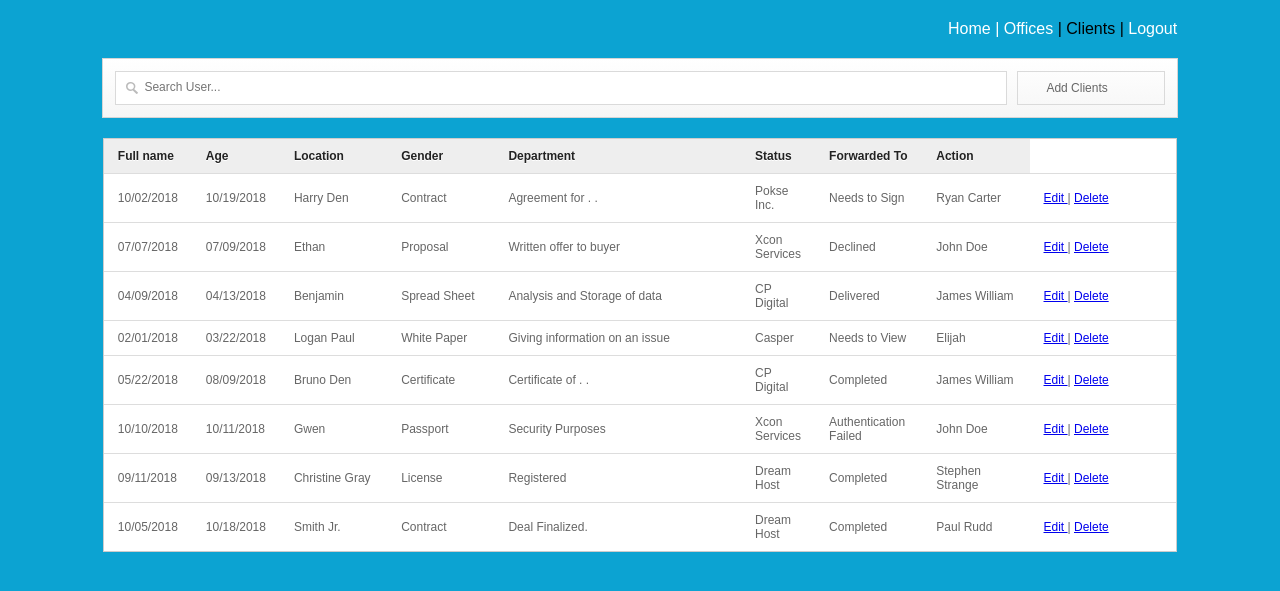
Repository: MrSyntax31/recordmanagement
Page: http://localhost/main/clients.php
An editor plug-in stored every save of this project. The page is shown before and after the next save, followed by the edit.
The browser window is 1280 px wide. The pictures show the whole page.
The page is run by PHP 8.4 with error messages shown; the project is at /var/www/html/. The database holds what the project's SQL file puts in it.

Above is the page before, as saved 2022-03-03 14:40:39.

### main/clients.php
<style>
body {
	background: #0ca3d2;
}
table { border-collapse: separate; background-color: #FFFFFF; border-spacing: 0; width: 85%; color: #666666; text-shadow: 0 1px 0 #FFFFFF; border: 1px solid #CCCCCC; box-shadow: 0; margin: 0 auto;font-family: arial; }
table thead tr th { background: none repeat scroll 0 0 #EEEEEE; color: #222222; padding: 10px 14px; text-align: left; border-top: 0 none; font-size: 12px; }
table tbody tr td{
    background-color: #FFFFFF;
	font-size: 12px;
    text-align: left;
	padding: 10px 14px;
	border-top: 1px solid #DDDDDD;
}
#log {
	width: 85%;
	text-align: right;
	margin: 20px auto;
	font-family: arial;
}
#log a {
	color: #FFFFFF;
	text-decoration: none;
	font-family: arial;
}
#formdesign {
	background: linear-gradient(to bottom, #FFFFFF 0%, #F6F6F6 100%) repeat scroll 0 0 rgba(0, 0, 0, 0);
    border: 1px solid #D5D5D5;
    padding: 12px;
    position: relative;
	margin: 20px auto;
	width: 83%;
	clear: both;
	height: 34px;
}
#filter {
	-moz-box-sizing: border-box;
    background: url("img/big_search.png") no-repeat scroll 10px 10px #FFFFFF;
    box-shadow: none;
    display: block;
    font-size: 12px;
    height: 34px;
    padding: 9px 140px 9px 28px;display: block;
    font-size: 12px;
    height: 34px;
    padding: 9px 140px 9px 28px;
    width: 85%;
	border: 1px solid #DADADA;
    transition: border 0.2s linear 0s, box-shadow 0.2s linear 0s;
	padding-top: 6px;
	float: left;
}
#add {
	float: right;
	width: 8.5%;
	display: block;
    font-size: 12px;
    height: 14px;
    padding: 9px 28px 9px 28px;
	border: 1px solid #DADADA;
}
a#add {
	text-decoration: none;
	color: #666666;
	font-family: arial;
	font-size: 12px;
}

</style>
<script src="argiepolicarpio.js" type="text/javascript" charset="utf-8"></script>
<script src="js/application.js" type="text/javascript" charset="utf-8"></script>
<!--sa poip up-->
<link href="src/facebox.css" media="screen" rel="stylesheet" type="text/css" />
   <script src="lib/jquery.js" type="text/javascript"></script>
  <script src="src/facebox.js" type="text/javascript"></script>
  <script type="text/javascript">
    jQuery(document).ready(function($) {
      $('a[rel*=facebox]').facebox({
        loadingImage : 'src/loading.gif',
        closeImage   : 'src/closelabel.png'
      })
    })
  </script>
<div id="log"> <a href="index.php">Home | <a href="offices.php">Offices</a> | Clients |  <a href="../index.php">Logout</a>
</div>
<div id="formdesign">
<input type="text" name="filter" value="" id="filter" placeholder="Search User..." autocomplete="off" />
<a rel="facebox" href="add.php" id="add">Add Clients</a>
</div>
<table cellspacing="0" cellpadding="2" id="resultTable">
<thead>
	<tr>
		<th width="5%"> Full name</th>
		<th width="7%"> Age</th>
		<th width="10%"> Location </th>
		<th width="10%"> Gender </th>
		<th width="23%"> Department </th>
		<th width="5%">  Status </th>
		<th width="10%"> Forwarded To </th>
		<th width="10%"> Action </th>
	</tr>
</thead>
<tbody>
	<?php
		include('connect.php');
		$result = $db->prepare("SELECT * FROM transaction ORDER BY id DESC");
		$result->execute();
		for($i=0; $row = $result->fetch(); $i++){
	?>
	<tr class="record">
		<td><?php echo $row['date']; ?></td>
		<td><?php echo $row['dateout']; ?></td>
		<td><?php echo $row['receive_by']; ?></td>
		<td><?php echo $row['doc_type']; ?></td>
		<td><?php echo $row['description']; ?></td>
		<td><?php echo $row['office']; ?></td>
		<td><?php echo $row['status']; ?></td>
		<td><?php echo $row['ft']; ?></td>
		<td><a rel="facebox" href="editform.php?id=<?php echo $row['id']; ?>"> Edit </a> | <a href="#" id="<?php echo $row['id']; ?>" class="delbutton" title="Click To Delete">Delete</a></td>
	</tr>
	<?php
		}
	?>
</tbody>
</table>
<script src="js/jquery.js"></script>
  <script type="text/javascript">
$(function() {


$(".delbutton").click(function(){

//Save the link in a variable called element
var element = $(this);

//Find the id of the link that was clicked
var del_id = element.attr("id");

//Built a url to send
var info = 'id=' + del_id;
 if(confirm("Sure you want to delete this update? There is NO undo!"))
		  {

 $.ajax({
   type: "GET",
   url: "delete.php",
   data: info,
   success: function(){

   }
 });
         $(this).parents(".record").animate({ backgroundColor: "#fbc7c7" }, "fast")
		.animate({ opacity: "hide" }, "slow");

 }

return false;

});

});
</script>

### main/connect.php
<?php
/* Database config */
$db_host		= 'localhost';
$db_user		= 'root';
$db_pass		= '';
$db_database	= 'record';

/* End config */

$db = new PDO('mysql:host='.$db_host.';dbname='.$db_database, $db_user, $db_pass);
$db->setAttribute(PDO::ATTR_ERRMODE, PDO::ERRMODE_EXCEPTION);

?>

### main/js/application.js
$(document).ready(function() {
	zebraRows('tr:odd td', 'odd');

	$('tbody tr').hover(function(){
	  $(this).find('td').addClass('hovered');
	}, function(){
	  $(this).find('td').removeClass('hovered');
	});

	//default each row to visible
	$('tbody tr').addClass('visible');

	//overrides CSS display:none property
	//so only users w/ JS will see the
	//filter box
	$('#search').show();

	$('#filter').keyup(function(event) {
		//if esc is pressed or nothing is entered
    if (event.keyCode == 27 || $(this).val() == '') {
			//if esc is pressed we want to clear the value of search box
			$(this).val('');

			//we want each row to be visible because if nothing
			//is entered then all rows are matched.
      $('tbody tr').removeClass('visible').show().addClass('visible');
    }

		//if there is text, lets filter
		else {
      filter('tbody tr', $(this).val());
    }

		//reapply zebra rows
		$('.visible td').removeClass('odd');
		zebraRows('.visible:even td', 'odd');
	});

	//grab all header rows
	$('thead th').each(function(column) {
		$(this).addClass('sortable')
					.click(function(){
						var findSortKey = function($cell) {
							return $cell.find('.sort-key').text().toUpperCase() + ' ' + $cell.text().toUpperCase();
						};

						var sortDirection = $(this).is('.sorted-asc') ? -1 : 1;

						//step back up the tree and get the rows with data
						//for sorting
						var $rows		= $(this).parent()
																.parent()
																.parent()
																.find('tbody tr')
																.get();

						//loop through all the rows and find
						$.each($rows, function(index, row) {
							row.sortKey = findSortKey($(row).children('td').eq(column));
						});

						//compare and sort the rows alphabetically
						$rows.sort(function(a, b) {
							if (a.sortKey < b.sortKey) return -sortDirection;
							if (a.sortKey > b.sortKey) return sortDirection;
							return 0;
						});

						//add the rows in the correct order to the bottom of the table
						$.each($rows, function(index, row) {
							$('tbody').append(row);
							row.sortKey = null;
						});

						//identify the column sort order
						$('th').removeClass('sorted-asc sorted-desc');
						var $sortHead = $('th').filter(':nth-child(' + (column + 1) + ')');
						sortDirection == 1 ? $sortHead.addClass('sorted-asc') : $sortHead.addClass('sorted-desc');

						//identify the column to be sorted by
						$('td').removeClass('sorted')
									.filter(':nth-child(' + (column + 1) + ')')
									.addClass('sorted');

						$('.visible td').removeClass('odd');
						zebraRows('.visible:even td', 'odd');
					});
	});
});


//used to apply alternating row styles
function zebraRows(selector, className)
{
	$(selector).removeClass(className)
							.addClass(className);
}

//filter results based on query
function filter(selector, query) {
	query	=	$.trim(query); //trim white space
  query = query.replace(/ /gi, '|'); //add OR for regex

  $(selector).each(function() {
    ($(this).text().search(new RegExp(query, "i")) < 0) ? $(this).hide().removeClass('visible') : $(this).show().addClass('visible');
  });
}

### main/src/facebox.css
#facebox {
  position: absolute;
  top: 0;
  left: 0;
  z-index: 100;
  text-align: left;
}


#facebox .popup{
  position:relative;
  border:3px solid rgba(0,0,0,0);
  -webkit-border-radius:5px;
  -moz-border-radius:5px;
  border-radius:5px;
  -webkit-box-shadow:0 0 18px rgba(0,0,0,0.4);
  -moz-box-shadow:0 0 18px rgba(0,0,0,0.4);
  box-shadow:0 0 18px rgba(0,0,0,0.4);
}

#facebox .content {
  display:table;
  width: 280px;
  padding: 10px;
  background: #fff;
  -webkit-border-radius:4px;
  -moz-border-radius:4px;
  border-radius:4px;
}

#facebox .content > p:first-child{
  margin-top:0;
}
#facebox .content > p:last-child{
  margin-bottom:0;
}

#facebox .close{
  position:absolute;
  top:5px;
  right:5px;
  padding:2px;
  background:#fff;
}
#facebox .close img{
  opacity:0.3;
}
#facebox .close:hover img{
  opacity:1.0;
}

#facebox .loading {
  text-align: center;
}

#facebox .image {
  text-align: center;
}

#facebox img {
  border: 0;
  margin: 0;
}

#facebox_overlay {
  position: fixed;
  top: 0px;
  left: 0px;
  height:100%;
  width:100%;
}

.facebox_hide {
  z-index:-100;
}

.facebox_overlayBG {
  background-color: #000;
  z-index: 99;
}

.hoverbox
{
	cursor: default;
	list-style: none;
}

.hoverbox a
{
	cursor:pointer;
}


.hoverbox img
{
	background: #fff;
	border-color: #aaa #ccc #ddd #bbb;
	border-style: solid;
	border-width: 1px;
	color: inherit;
	padding: 2px;
	vertical-align: top;
	width: 115px;
	height: 70px;
	margin-bottom:5px;
}

### main/src/facebox.js
/*
 * Facebox (for jQuery)
 * version: 1.2 (05/05/2008)
 * @requires jQuery v1.2 or later
 *
 * Examples at http://famspam.com/facebox/
 *
 * Licensed under the MIT:
 *   http://www.opensource.org/licenses/mit-license.php
 *
 * Copyright 2007, 2008 Chris Wanstrath [ chris@ozmm.org ]
 *
 * Usage:
 *
 *  jQuery(document).ready(function() {
 *    jQuery('a[rel*=facebox]').facebox()
 *  })
 *
 *  <a href="#terms" rel="facebox">Terms</a>
 *    Loads the #terms div in the box
 *
 *  <a href="terms.html" rel="facebox">Terms</a>
 *    Loads the terms.html page in the box
 *
 *  <a href="terms.png" rel="facebox">Terms</a>
 *    Loads the terms.png image in the box
 *
 *
 *  You can also use it programmatically:
 *
 *    jQuery.facebox('some html')
 *    jQuery.facebox('some html', 'my-groovy-style')
 *
 *  The above will open a facebox with "some html" as the content.
 *
 *    jQuery.facebox(function($) {
 *      $.get('blah.html', function(data) { $.facebox(data) })
 *    })
 *
 *  The above will show a loading screen before the passed function is called,
 *  allowing for a better ajaxy experience.
 *
 *  The facebox function can also display an ajax page, an image, or the contents of a div:
 *
 *    jQuery.facebox({ ajax: 'remote.html' })
 *    jQuery.facebox({ ajax: 'remote.html' }, 'my-groovy-style')
 *    jQuery.facebox({ image: 'stairs.jpg' })
 *    jQuery.facebox({ image: 'stairs.jpg' }, 'my-groovy-style')
 *    jQuery.facebox({ div: '#box' })
 *    jQuery.facebox({ div: '#box' }, 'my-groovy-style')
 *
 *  Want to close the facebox?  Trigger the 'close.facebox' document event:
 *
 *    jQuery(document).trigger('close.facebox')
 *
 *  Facebox also has a bunch of other hooks:
 *
 *    loading.facebox
 *    beforeReveal.facebox
 *    reveal.facebox (aliased as 'afterReveal.facebox')
 *    init.facebox
 *    afterClose.facebox
 *
 *  Simply bind a function to any of these hooks:
 *
 *   $(document).bind('reveal.facebox', function() { ...stuff to do after the facebox and contents are revealed... })
 *
 */
(function($) {
  $.facebox = function(data, klass) {
    $.facebox.loading()

    if (data.ajax) fillFaceboxFromAjax(data.ajax, klass)
    else if (data.image) fillFaceboxFromImage(data.image, klass)
    else if (data.div) fillFaceboxFromHref(data.div, klass)
    else if ($.isFunction(data)) data.call($)
    else $.facebox.reveal(data, klass)
  }

  /*
   * Public, $.facebox methods
   */

  $.extend($.facebox, {
    settings: {
      opacity      : 0.2,
      overlay      : false,
      loadingImage : '/facebox/loading.gif',
      closeImage   : '/facebox/closelabel.png',
      imageTypes   : [ 'png', 'jpg', 'jpeg', 'gif' ],
      faceboxHtml  : '\
    <div id="facebox" style="display:none;"> \
      <div class="popup"> \
        <div class="content"> \
        </div> \
        <a href="#" class="close"><img src="/facebox/closelabel.png" title="close" class="close_image" /></a> \
      </div> \
    </div>'
    },

    loading: function() {
      init()
      if ($('#facebox .loading').length == 1) return true
      showOverlay()

      $('#facebox .content').empty()
      $('#facebox .body').children().hide().end().
        append('<div class="loading"><img src="'+$.facebox.settings.loadingImage+'"/></div>')

      $('#facebox').css({
        top:	getPageScroll()[1] + (getPageHeight() / 10),
        left:	$(window).width() / 2 - 205
      }).show()

      $(document).bind('keydown.facebox', function(e) {
        if (e.keyCode == 27) $.facebox.close()
        return true
      })
      $(document).trigger('loading.facebox')
    },

    reveal: function(data, klass) {
      $(document).trigger('beforeReveal.facebox')
      if (klass) $('#facebox .content').addClass(klass)
      $('#facebox .content').append(data)
      $('#facebox .loading').remove()
      $('#facebox .body').children().fadeIn('normal')
      $('#facebox').css('left', $(window).width() / 2 - ($('#facebox .popup').width() / 2))
      $(document).trigger('reveal.facebox').trigger('afterReveal.facebox')
    },

    close: function() {
      $(document).trigger('close.facebox')
      return false
    }
  })

  /*
   * Public, $.fn methods
   */

  $.fn.facebox = function(settings) {
    if ($(this).length == 0) return

    init(settings)

    function clickHandler() {
      $.facebox.loading(true)

      // support for rel="facebox.inline_popup" syntax, to add a class
      // also supports deprecated "facebox[.inline_popup]" syntax
      var klass = this.rel.match(/facebox\[?\.(\w+)\]?/)
      if (klass) klass = klass[1]

      fillFaceboxFromHref(this.href, klass)
      return false
    }

    return this.bind('click.facebox', clickHandler)
  }

  /*
   * Private methods
   */

  // called one time to setup facebox on this page
  function init(settings) {
    if ($.facebox.settings.inited) return true
    else $.facebox.settings.inited = true

    $(document).trigger('init.facebox')
    makeCompatible()

    var imageTypes = $.facebox.settings.imageTypes.join('|')
    $.facebox.settings.imageTypesRegexp = new RegExp('\.(' + imageTypes + ')$', 'i')

    if (settings) $.extend($.facebox.settings, settings)
    $('body').append($.facebox.settings.faceboxHtml)

    var preload = [ new Image(), new Image() ]
    preload[0].src = $.facebox.settings.closeImage
    preload[1].src = $.facebox.settings.loadingImage

    $('#facebox').find('.b:first, .bl').each(function() {
      preload.push(new Image())
      preload.slice(-1).src = $(this).css('background-image').replace(/url\((.+)\)/, '$1')
    })

    $('#facebox .close').click($.facebox.close)
    $('#facebox .close_image').attr('src', $.facebox.settings.closeImage)
  }

  // getPageScroll() by quirksmode.com
  function getPageScroll() {
    var xScroll, yScroll;
    if (self.pageYOffset) {
      yScroll = self.pageYOffset;
      xScroll = self.pageXOffset;
    } else if (document.documentElement && document.documentElement.scrollTop) {	 // Explorer 6 Strict
      yScroll = document.documentElement.scrollTop;
      xScroll = document.documentElement.scrollLeft;
    } else if (document.body) {// all other Explorers
      yScroll = document.body.scrollTop;
      xScroll = document.body.scrollLeft;
    }
    return new Array(xScroll,yScroll)
  }

  // Adapted from getPageSize() by quirksmode.com
  function getPageHeight() {
    var windowHeight
    if (self.innerHeight) {	// all except Explorer
      windowHeight = self.innerHeight;
    } else if (document.documentElement && document.documentElement.clientHeight) { // Explorer 6 Strict Mode
      windowHeight = document.documentElement.clientHeight;
    } else if (document.body) { // other Explorers
      windowHeight = document.body.clientHeight;
    }
    return windowHeight
  }

  // Backwards compatibility
  function makeCompatible() {
    var $s = $.facebox.settings

    $s.loadingImage = $s.loading_image || $s.loadingImage
    $s.closeImage = $s.close_image || $s.closeImage
    $s.imageTypes = $s.image_types || $s.imageTypes
    $s.faceboxHtml = $s.facebox_html || $s.faceboxHtml
  }

  // Figures out what you want to display and displays it
  // formats are:
  //     div: #id
  //   image: blah.extension
  //    ajax: anything else
  function fillFaceboxFromHref(href, klass) {
    // div
    if (href.match(/#/)) {
      var url    = window.location.href.split('#')[0]
      var target = href.replace(url,'')
      if (target == '#') return
      $.facebox.reveal($(target).html(), klass)

    // image
    } else if (href.match($.facebox.settings.imageTypesRegexp)) {
      fillFaceboxFromImage(href, klass)
    // ajax
    } else {
      fillFaceboxFromAjax(href, klass)
    }
  }

  function fillFaceboxFromImage(href, klass) {
    var image = new Image()
    image.onload = function() {
      $.facebox.reveal('<div class="image"><img src="' + image.src + '" /></div>', klass)
    }
    image.src = href
  }

  function fillFaceboxFromAjax(href, klass) {
    $.get(href, function(data) { $.facebox.reveal(data, klass) })
  }

  function skipOverlay() {
    return $.facebox.settings.overlay == false || $.facebox.settings.opacity === null
  }

  function showOverlay() {
    if (skipOverlay()) return

    if ($('#facebox_overlay').length == 0)
      $("body").append('<div id="facebox_overlay" class="facebox_hide"></div>')

    $('#facebox_overlay').hide().addClass("facebox_overlayBG")
      .css('opacity', $.facebox.settings.opacity)
      .click(function() { $(document).trigger('close.facebox') })
      .fadeIn(200)
    return false
  }

  function hideOverlay() {
    if (skipOverlay()) return

    $('#facebox_overlay').fadeOut(200, function(){
      $("#facebox_overlay").removeClass("facebox_overlayBG")
      $("#facebox_overlay").addClass("facebox_hide")
      $("#facebox_overlay").remove()
    })

    return false
  }

  /*
   * Bindings
   */

  $(document).bind('close.facebox', function() {
    $(document).unbind('keydown.facebox')
    $('#facebox').fadeOut(function() {
      $('#facebox .content').removeClass().addClass('content')
      $('#facebox .loading').remove()
      $(document).trigger('afterClose.facebox')
    })
    hideOverlay()
  })

})(jQuery);

### main/DATABASE/record.sql (the tables this page reads)
CREATE TABLE IF NOT EXISTS `transaction` (
`id` int(11) NOT NULL,
  `date` varchar(100) NOT NULL,
  `doc_type` varchar(100) NOT NULL,
  `description` varchar(1000) NOT NULL,
  `office` varchar(100) NOT NULL,
  `status` varchar(100) NOT NULL,
  `dateout` varchar(100) NOT NULL,
  `receive_by` varchar(100) NOT NULL,
  `ft` varchar(100) NOT NULL
) ENGINE=InnoDB AUTO_INCREMENT=9 DEFAULT CHARSET=latin1;

INSERT INTO `transaction` (`id`, `date`, `doc_type`, `description`, `office`, `status`, `dateout`, `receive_by`, `ft`) VALUES
(1, '10/05/2018', 'Contract', 'Deal Finalized. ', 'Dream Host', 'Completed', '10/18/2018', 'Smith Jr.', 'Paul Rudd'),
(2, '09/11/2018', 'License', 'Registered', 'Dream Host', 'Completed', '09/13/2018', 'Christine Gray', 'Stephen Strange'),
(3, '10/10/2018', 'Passport', 'Security Purposes', 'Xcon Services', 'Authentication Failed', '10/11/2018', 'Gwen', 'John Doe'),
(4, '05/22/2018', 'Certificate', 'Certificate of . .', 'CP Digital', 'Completed', '08/09/2018', 'Bruno Den', 'James William'),
(5, '02/01/2018', 'White Paper', 'Giving information on an issue', 'Casper', 'Needs to View', '03/22/2018', 'Logan Paul', 'Elijah'),
(6, '04/09/2018', 'Spread Sheet', 'Analysis and Storage of data', 'CP Digital', 'Delivered', '04/13/2018', 'Benjamin', 'James William'),
(7, '07/07/2018', 'Proposal', 'Written offer to buyer', 'Xcon Services', 'Declined', '07/09/2018', 'Ethan', 'John Doe'),
(8, '10/02/2018', 'Contract', 'Agreement for . .', 'Pokse Inc.', 'Needs to Sign', '10/19/2018', 'Harry Den', 'Ryan Carter');

ALTER TABLE `transaction`
 ADD PRIMARY KEY (`id`);

ALTER TABLE `transaction`
MODIFY `id` int(11) NOT NULL AUTO_INCREMENT,AUTO_INCREMENT=9;

Loaded but not shown: main/argiepolicarpio.js (library); main/lib/jquery.js (library); main/js/jquery.js (library)

After the next save:
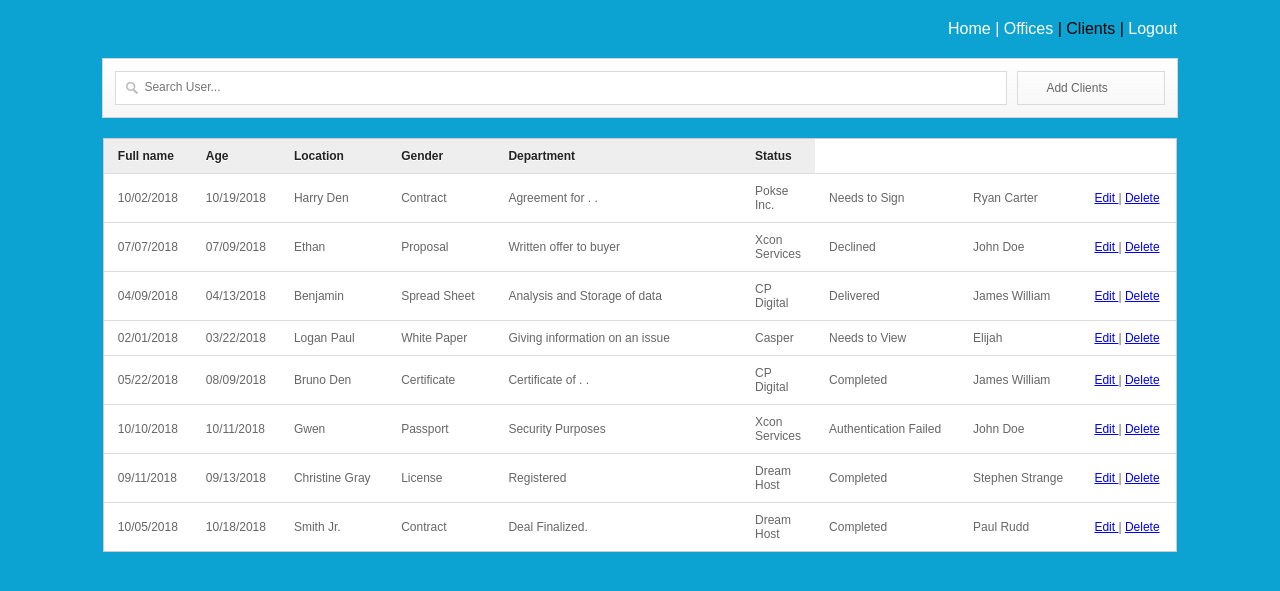
Saved 7 s later.
--- a/main/clients.php
+++ b/main/clients.php
@@ -95,8 +95,6 @@ a#add {
 		<th width="10%"> Gender </th>
 		<th width="23%"> Department </th>
 		<th width="5%">  Status </th>
-		<th width="10%"> Forwarded To </th>
-		<th width="10%"> Action </th>
 	</tr>
 </thead>
 <tbody>
